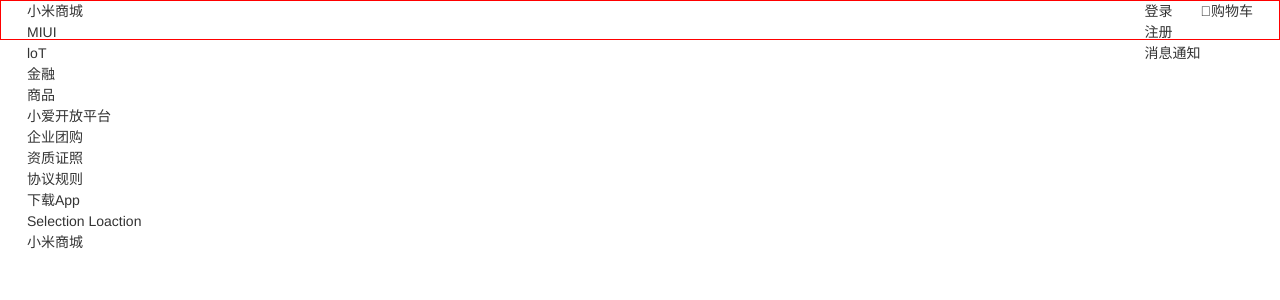
Repository: chenguocan/mi
Page: index.html
These files come from the project's save history. The page is drawn as it stood at one moment and after the next save; the edit follows.
The browser window is 1280 px wide. The pictures show the whole page.

Above is the page before, as saved 2020-10-13 09:40:16.

After the next save:
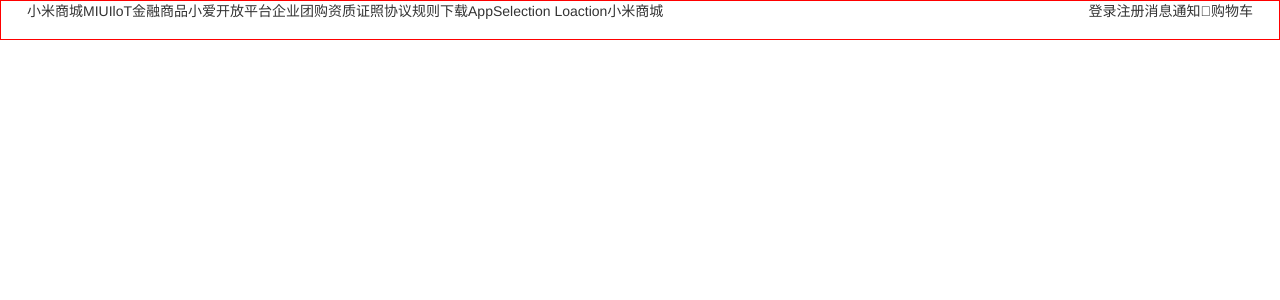
Saved 4 s later.
--- a/css/index.css
+++ b/css/index.css
@@ -12,6 +12,6 @@
 .topbar .user,.topbar .shop-cart{
     float: right;
 }
-.topbar ul{
+.topbar ul li{
     float: left;
 }
